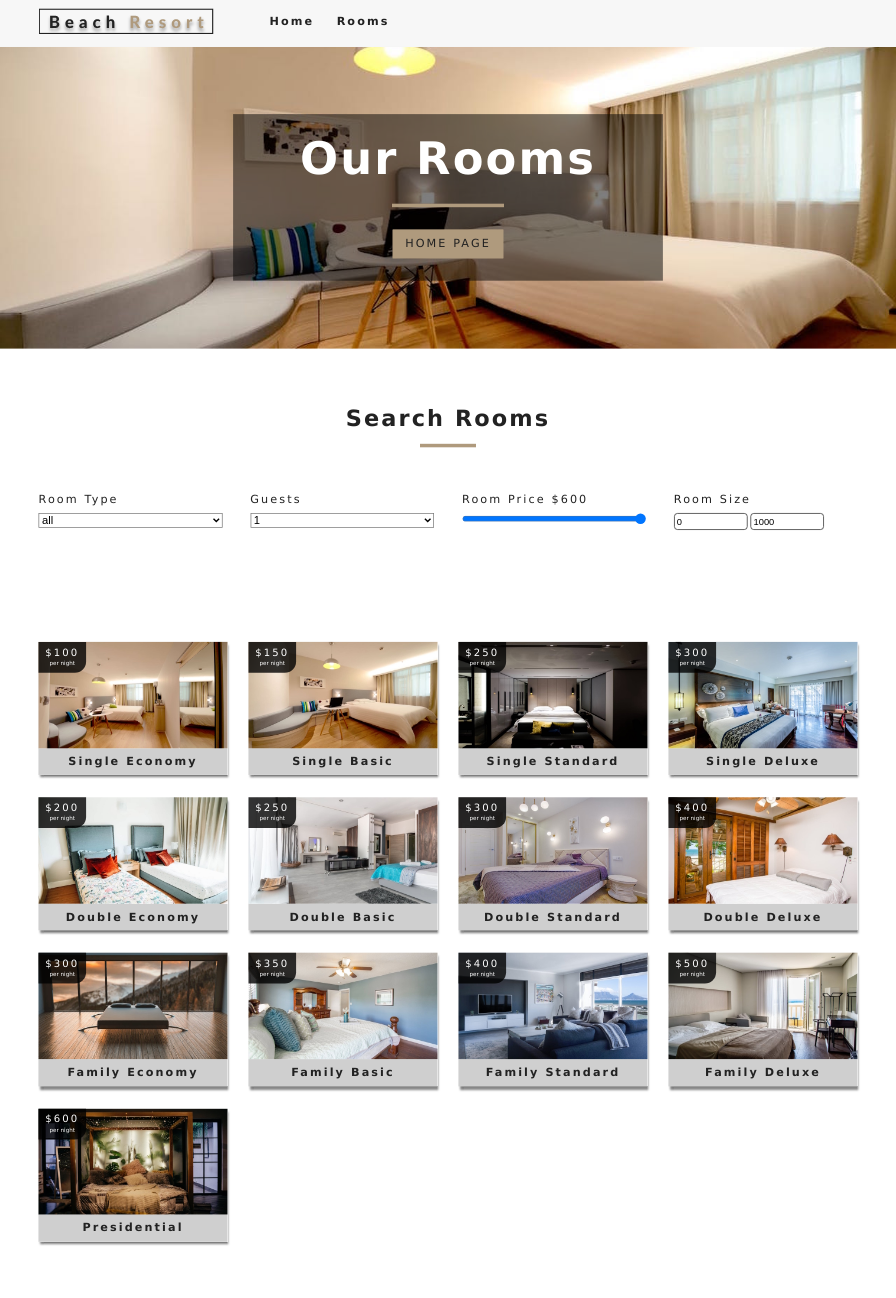
Repository: sanchit01garg/react-beachResort
Page: /rooms
An editor plug-in stored every save of this project. The page is shown before and after the next save, followed by the edit.
The browser window is 1280 px wide. The pictures show the whole page, at 70% of full size.
The project was rebuilt for these pictures with package versions that can differ from the ones it lists, and the page was loaded fresh each time. Also part of the build but not shown: src/components/Services.js, src/components/FeaturedRooms.js, src/pages/Home.js, src/pages/Error.js, src/components/StyledHero.js, src/pages/SingleRoom.js.

Above is the page before, as saved 2021-01-08 21:11:46.

### src/index.js
import React from "react";
import ReactDOM from "react-dom";
// import './index.css';
import { BrowserRouter as Router } from "react-router-dom";
import App from "./App";
import reportWebVitals from "./reportWebVitals";
import { RoomProvider } from "./Context";

ReactDOM.render(
  <RoomProvider>
    <Router>
      <App />
    </Router>
  </RoomProvider>,
  document.getElementById("root")
);

// If you want to start measuring performance in your app, pass a function
// to log results (for example: reportWebVitals(console.log))
// or send to an analytics endpoint. Learn more: https://bit.ly/CRA-vitals
reportWebVitals();

### src/App.js
import React from "react";
import "./App.css";
import { Route, Switch } from "react-router-dom";
import Home from "./pages/Home";
import Error from "./pages/Error";
import Rooms from "./pages/Rooms";
import SingleRoom from "./pages/SingleRoom";

import Navbar from "./components/Navbar";

function App() {
  return (
    <>
      <Navbar />
      <Switch>
        <Route exact path="/" component={Home} />
        <Route exact path="/rooms/" component={Rooms} />
        <Route exact path="/rooms/:slug" component={SingleRoom} />
        <Route component={Error} />
      </Switch>
    </>
  );
}

export default App;

### src/Context.js
import React, { Component } from "react";
import items from "./data";

const RoomContext = React.createContext();

class RoomProvider extends Component {
  state = {
    rooms: [],
    sortedRooms: [],
    featuredRooms: [],
    loading: true,
    type: "all",
    capacity: 1,
    price: 0,
    minPrice: 0,
    maxPrice: 0,
    minSize: 0,
    maxSize: 0,
    breakfast: false,
    pets: false,
  };

  componentDidMount() {
    let rooms = this.formatData(items);
    let featuredRooms = rooms.filter((room) => room.featured === true);
    let maxPrice = Math.max(...rooms.map((item) => item.price));
    let maxSize = Math.max(...rooms.map((item) => item.size));
    this.setState({
      rooms,
      featuredRooms,
      sortedRooms: rooms,
      loading: false,
      price: maxPrice,
      maxPrice,
      maxSize,
    });
  }

  formatData(items) {
    let tempItems = items.map((item) => {
      let id = item.sys.id;
      let images = item.fields.images.map((image) => image.fields.file.url);

      let room = { ...item.fields, images, id };
      return room;
    });
    return tempItems;
  }

  getRoom = (slug) => {
    let tempRooms = [...this.state.rooms];
    const room = tempRooms.find((room) => room.slug === slug);
    return room;
  };

  handleChange = (event) => {
    const target = event.target;
    const value = target.type === "checkbox" ? target.checked : target.value;
    const name = target.name;
    this.setState(
      {
        [name]: value,
      },
      this.filterRooms
    );
  };

  filterRooms = () => {
    let {
      rooms,
      type,
      capacity,
      price,
      minSize,
      maxSize,
      breakfast,
      pets,
    } = this.state;

    let tempRooms = [...rooms];
    capacity = parseInt(capacity);
    price = parseInt(price);

    if (type !== "all") {
      tempRooms = tempRooms.filter((room) => room.type === type);
    }

    if (capacity !== 1) {
      tempRooms = tempRooms.filter((room) => room.capacity >= capacity);
    }

    tempRooms = tempRooms.filter((room) => room.price <= price);

    this.setState({
      sortedRooms: tempRooms,
    });
  };

  render() {
    return (
      <RoomContext.Provider
        value={{
          ...this.state,
          getRoom: this.getRoom,
          handleChange: this.handleChange,
        }}
      >
        {this.props.children}
      </RoomContext.Provider>
    );
  }
}

const RoomConsumer = RoomContext.Consumer;

export function withRoomConsumer(Component) {
  return function ConsumerWrapper(props) {
    return (
      <RoomConsumer>
        {(value) => <Component {...props} context={value} />}
      </RoomConsumer>
    );
  };
}

export { RoomProvider, RoomConsumer, RoomContext };

### src/App.css
* {
  margin: 0;
  padding: 0;
  box-sizing: border-box;
}
:root {
  --primaryColor: #af9a7d;
  --mainWhite: #fff;
  --offWhite: #f7f7f7;
  --mainBlack: #222;
  --mainGrey: #ececec;
  --darkGrey: #cfcfcf;
  --mainTransition: all 0.3s linear;
  --mainSpacing: 3px;
  --lightShadow: 2px 5px 3px 0px rgba(0, 0, 0, 0.5);
  --darkShadow: 4px 10px 5px 0px rgba(0, 0, 0, 0.5);
}
/* globals */
body {
  padding-top: 66px;
  color: var(--mainBlack);
  background: var(--mainWhite);
  font-family: Verdana, Geneva, Tahoma, sans-serif;
  line-height: 1.4;
}
h1 {
  font-size: 3em;
  line-height: 1;
  margin-bottom: 0.5em;
}
h2 {
  font-size: 2em;
  margin-bottom: 0.75em;
}
h3 {
  font-size: 1.5em;
  line-height: 1;
  margin-bottom: 1em;
}
h4 {
  font-size: 1.2em;
  line-height: 1.25;
  margin-bottom: 1.25em;
}
h5 {
  font-size: 1em;
  font-weight: bold;
  margin-bottom: 1.5em;
}
h6 {
  font-size: 1em;
  font-weight: bold;
  margin-bottom: 1.5em;
}

.btn-primary {
  display: inline-block;
  text-decoration: none;
  letter-spacing: var(--mainSpacing);
  color: var(--mainBlack);
  background: var(--primaryColor);
  padding: 0.4rem 0.9rem;
  border: 3px solid var(--primaryColor);
  transition: var(--mainTransition);
  text-transform: uppercase;
  cursor: pointer;
}
.btn-primary:hover {
  background: transparent;
  color: var(--primaryColor);
}
.loading {
  text-transform: capitalize;
  text-align: center;
  margin-top: 3rem;
}
.error {
  text-align: center;
  text-transform: uppercase;
  margin: 2rem 0;
}
.empty-search {
  text-align: center;
  text-transform: capitalize;
  margin: 2rem 0;
  padding: 1rem;
  letter-spacing: var(--mainSpacing);
}
/* end of globals */
/* Navbar */
.navbar {
  position: fixed;
  top: 0;
  left: 0;
  width: 100%;
  padding: 0.75rem 2rem;
  background: var(--offWhite);
  z-index: 1;
}
.nav-header {
  display: flex;
  justify-content: space-between;
}
.nav-btn {
  background: transparent;
  border: none;
  cursor: pointer;
  outline: none;
}
.nav-icon {
  font-size: 1.5rem;
  color: var(--primaryColor);
}
.nav-links {
  height: 0;
  overflow: hidden;
  transition: var(--mainTransition);
  list-style-type: none;
}
.nav-links a {
  display: block;
  text-decoration: none;
  padding: 1rem 0;
  color: var(--mainBlack);
  transition: var(--mainTransition);
  text-align: center;
  font-size: 1rem;
  font-weight: 600;
  letter-spacing: var(--mainSpacing);
}
.nav-links a:hover {
  color: var(--primaryColor);
}

.show-nav {
  height: 100px;
}
@media screen and (min-width: 768px) {
  .nav-btn {
    display: none;
  }
  .nav-center {
    max-width: 1170px;
    margin: 0 auto;
    display: flex;
  }
  .nav-links {
    height: auto;
    display: flex;
    margin-left: 4rem;
  }
  .nav-links a {
    margin: 0 1rem;
    padding: 0.5rem 0;
  }
}
/* end of navbar */
/* Hero */
.defaultHero,
.roomsHero {
  min-height: calc(100vh - 66px);
  background: url("./images/defaultBcg.jpeg") center/cover no-repeat;
  display: flex;
  align-items: center;
  justify-content: center;
}
.roomsHero {
  background-image: url("./images/room-2.jpeg");
  min-height: 60vh;
}
/* End of Hero */
/* Banner */
.banner {
  display: inline-block;
  background: rgba(0, 0, 0, 0.5);
  color: var(--mainWhite);
  padding: 2rem 1rem;
  text-align: center;
  text-transform: capitalize;
  letter-spacing: var(--mainSpacing);
}
.banner h1 {
  font-size: 2.5rem;
}
.banner div {
  width: 10rem;
  height: 5px;
  background: var(--primaryColor);
  margin: 1.7rem auto;
}
.banner p {
  font-size: 1.2rem;
  margin-bottom: 2rem;
}
@media screen and (min-width: 576px) {
  .banner {
    padding: 2rem 3rem;
  }
  .banner h1 {
    font-size: 3rem;
  }
}
@media screen and (min-width: 992px) {
  .banner {
    padding: 2rem 6rem;
  }
  .banner h1 {
    font-size: 4rem;
  }
}
/* End of Banner */
/* Title */
.section-title {
  text-align: center;
  margin-bottom: 4rem;
}
.section-title h4 {
  font-size: 2rem;
  letter-spacing: var(--mainSpacing);
  text-transform: capitalize;
  margin-bottom: 1rem;
}
.section-title div {
  width: 5rem;
  height: 5px;
  margin: 0 auto;
  background: var(--primaryColor);
}
/* end of Title */

/* services */
.services {
  padding: 5rem 0;
}
.services {
  background: var(--darkGrey);
  text-align: center;
}
.services-center {
  width: 90vw;
  margin: 0 auto;
  display: grid;
  grid-template-columns: repeat(auto-fit, minmax(255px, 1fr));
  grid-row-gap: 2rem;
  grid-column-gap: 50px;
}
.service span {
  display: inline-block;
  color: var(--primaryColor);
  font-size: 2.5rem;
  margin-bottom: 1.5rem;
}
.services h6 {
  letter-spacing: var(--mainSpacing);
}
.services p {
  width: 80%;
  margin: 0 auto;
}
@media screen and (min-width: 992px) {
  .services-center {
    width: 95vw;
    max-width: 1170px;
  }
}

@media screen and (min-width: 1200px) {
  .services p {
    width: 100%;
  }
}
/*end of services */
/* featured rooms */

.featured-rooms {
  padding: 5rem 0;
}
.featured-rooms-center {
  width: 80vw;
  margin: 0 auto;
  display: grid;
  grid-template-columns: repeat(auto-fit, minmax(270px, 1fr));
  grid-row-gap: 2rem;
  grid-column-gap: 40px;
}
@media screen and (min-width: 776px) {
  .featured-rooms-center {
    width: 90vw;
    grid-template-columns: repeat(auto-fit, minmax(330px, 1fr));
  }
}
@media screen and (min-width: 992px) {
  .featured-rooms-center {
    width: 95vw;
    max-width: 1170px;
  }
}
/* end pf featured rooms */
/* room */
.room {
  box-shadow: var(--lightShadow);
  transition: var(--mainTransition);
}
.room:hover {
  box-shadow: var(--darkShadow);
}

.img-container {
  position: relative;
}
.img-container img {
  width: 100%;
  display: block;
  transition: var(--mainTransition);
}
.price-top {
  position: absolute;
  top: 0;
  left: 0;
  background: rgba(0, 0, 0, 0.8);
  color: var(--mainWhite);
  padding: 0.3rem 0.6rem 0.5rem;
  border-bottom-right-radius: 1rem;
  font-size: 0.5rem;
  text-align: center;
  transition: var(--mainTransition);
}
.price-top h6 {
  margin-bottom: 0;
  font-size: 0.9rem;
  font-weight: 300;
  letter-spacing: var(--mainSpacing);
}
.room-link {
  position: absolute;
  top: 50%;
  left: 50%;
  transform: scale(0);
  transition: all 0.3s linear;
}
.img-container:hover {
  background: rgba(0, 0, 0, 0.8);
}
.img-container:hover img {
  opacity: 0.3;
}
.img-container:hover .price-top {
  opacity: 0;
}
.img-container:hover .room-link {
  transform: translate(-50%, -50%) scale(1);
}
.room-info {
  background: var(--darkGrey);
  text-transform: capitalize;
  padding: 0.5rem 0;
  text-align: center;
  font-weight: 700;
  letter-spacing: var(--mainSpacing);
}
/* end of room  */
/* single room*/

.single-room {
  padding: 5rem 0 0 0;
}
.single-room-images {
  width: 80vw;
  margin: 0 auto;
  display: grid;
  grid-template-columns: repeat(auto-fit, minmax(350px, 1fr));
  grid-row-gap: 2rem;
  grid-column-gap: 70px;
}
.single-room-images img {
  width: 100%;
  display: block;
}
.single-room-info {
  width: 80vw;
  display: grid;
  grid-template-columns: 1fr;
  margin: 2rem auto;
}
.desc,
.info {
  margin: 1rem 0;
}
.desc h3 {
  text-transform: capitalize;
  letter-spacing: var(--mainSpacing);
}
.desc p {
  line-height: 1.5;
}
.info h3,
.info h6 {
  text-transform: capitalize;
  letter-spacing: var(--mainSpacing);
}

.info h6 {
  font-weight: 300;
}
.room-extras {
  width: 80vw;
  margin: 0 auto 3rem auto;
}
.room-extras h6 {
  text-transform: capitalize;
  letter-spacing: var(--mainSpacing);
}
.extras {
  list-style-type: none;
  display: grid;
  grid-template-columns: repeat(auto-fit, minmax(330px, 1fr));
  grid-column-gap: 2rem;
  grid-row-gap: 1rem;
}
@media screen and (min-width: 992px) {
  .single-room-images,
  .single-room-info,
  .room-extras {
    width: 95vw;
    max-width: 1170px;
  }
  .single-room-info {
    display: grid;
    grid-template-columns: 1fr 1fr;
    grid-column-gap: 2rem;
  }
  .info {
    padding-left: 3rem;
  }
}
/* end of single room*/
/* roomlist */
.roomslist {
  padding: 5rem 0;
}
.roomslist-center {
  width: 80vw;
  margin: 0 auto;
  display: grid;
  grid-template-columns: repeat(auto-fill, minmax(270px, 1fr));
  grid-row-gap: 2rem;
  grid-column-gap: 30px;
}

@media screen and (min-width: 776px) {
  .roomslist-center {
    width: 90vw;
  }
}
@media screen and (min-width: 992px) {
  .roomslist-center {
    width: 95vw;
    max-width: 1170px;
  }
}
/* end of roomlist */
/*  rooms fitler*/
.filter-container {
  padding: 5rem 0;
}
.filter-form {
  width: 60vw;
  margin: 0 auto;
  display: grid;
  grid-template-columns: repeat(auto-fit, minmax(202px, 1fr));
  grid-row-gap: 2rem;
  grid-column-gap: 40px;
}
.form-group {
  text-transform: capitalize;
}
.form-group label {
  display: block;
  letter-spacing: var(--mainSpacing);
  margin-bottom: 0.5rem;
}
.form-control {
  width: 100%;
  background: transparent;
  font-size: 1rem;
}
.size-inputs {
  display: flex;
}
.size-input {
  width: 40%;
  padding: 0.2rem;
  border: 1px solid var(--mainBlack);
  border-radius: 0.3rem;
  margin-right: 0.3rem;
}
.single-extra label {
  display: inline-block;
  font-size: 0.8rem;
  margin-left: 0.5rem;
}
@media screen and (min-width: 776px) {
  .filter-form {
    width: 70vw;
  }
}
@media screen and (min-width: 992px) {
  .filter-form {
    width: 95vw;
    max-width: 1170px;
  }
}

### src/pages/Rooms.js
import React from "react";
import { Link } from "react-router-dom";
import Hero from "../components/Hero";
import Banner from "../components/Banner";
import RoomsContainer from "../components/RoomsContainer";

export default function Rooms() {
  return (
    <>
      <Hero hero="roomsHero">
        <Banner title="Our Rooms">
          <Link to="/" className="btn-primary">
            Home Page
          </Link>
        </Banner>
      </Hero>
      <RoomsContainer />
    </>
  );
}

### src/components/Navbar.js
import React, { Component } from "react";
import logo from "../images/logo.svg";
import { FaAlignRight } from "react-icons/fa";
import { Link } from "react-router-dom";

export default class Navbar extends Component {
  state = {
    isOpen: false,
  };
  handleToggle = () => {
    this.setState({ isOpen: !this.state.isOpen });
  };
  render() {
    return (
      <nav className="navbar">
        <div className="nav-center">
          <div className="nav-header">
            <Link to="/">
              <img src={logo} alt="Beach Resort" />
            </Link>
            <button
              type="button"
              className="nav-btn"
              onClick={this.handleToggle}
            >
              <FaAlignRight className="nav-icon" />
            </button>
          </div>
          <ul
            className={this.state.isOpen ? "nav-links show-nav" : "nav-links"}
          >
            <li>
              <Link to="/">Home</Link>
            </li>
            <li>
              <Link to="/rooms">Rooms</Link>
            </li>
          </ul>
        </div>
      </nav>
    );
  }
}

### src/components/RoomsContainer.js
import React from "react";
import RoomsFilter from "./RoomsFilter";
import RoomsList from "./RoomsList";
import { withRoomConsumer } from "../Context";
import Loading from "./Loading";

function RoomsContainer({ context }) {
  const { loading, sortedRooms, rooms } = context;
  if (loading) {
    return <Loading />;
  }
  return (
    <>
      <RoomsFilter rooms={rooms} />
      <RoomsList rooms={sortedRooms} />
    </>
  );
}

export default withRoomConsumer(RoomsContainer);

// export default function RoomsContainer() {
//   return (
//     <RoomConsumer>
//       {(value) => {
//         const { loading, sortedRooms, rooms } = value;
//         if (loading) {
//           return <Loading />;
//         }

//         return (
//           <div>
//             Hello
//             <RoomsFilter rooms={rooms} />
//             <RoomsList rooms={sortedRooms} />
//           </div>
//         );
//       }}
//     </RoomConsumer>
//   );
// }

### src/components/Loading.js
import React from "react";
import loadingGif from "../images/gif/loading-arrow.gif";

export default function Loading() {
  return (
    <div className="loading">
      <h4>rooms data loading....</h4>
      <img src={loadingGif} alt="" />
    </div>
  );
}

### src/components/Room.js
import React from "react";
import { Link } from "react-router-dom";
import PropTypes from "prop-types";
import defaultImg from "../images/room-1.jpeg";

export default function Room({ room }) {
  const { name, slug, images, price } = room;

  return (
    <article className="room">
      <div className="img-container">
        <img src={images[0] || defaultImg} alt="single room" />
        <div className="price-top">
          <h6>${price}</h6>
          <p>per night</p>
        </div>
        <Link to={`/rooms/${slug}`} className="btn-primary room-link">
          Features
        </Link>
      </div>
      <p className="room-info">{name}</p>
    </article>
  );
}

Room.propTypes = {
  room: PropTypes.shape({
    name: PropTypes.string.isRequired,
    slug: PropTypes.string.isRequired,
    images: PropTypes.arrayOf(PropTypes.string).isRequired,
    price: PropTypes.number.isRequired,
  }),
};

### src/components/RoomsFilter.js
import React from "react";
import { useContext } from "react";
import { RoomContext } from "../Context";
import Title from "./Title";

const getUnique = (items, value) => {
  return [...new Set(items.map((item) => item[value]))];
};

export default function RoomsFilter({ rooms }) {
  const context = useContext(RoomContext);
  const {
    handleChange,
    type,
    capacity,
    price,
    minPrice,
    maxPrice,
    minSize,
    maxSize,
    breakfast,
    pets,
  } = context;

  let types = getUnique(rooms, "type");
  types = ["all", ...types];
  types = types.map((item, index) => (
    <option key={index} value={item}>
      {item}
    </option>
  ));

  let people = getUnique(rooms, "capacity");
  people = people.map((item, index) => (
    <option key={index} value={item}>
      {item}
    </option>
  ));

  return (
    <section className="filter-container">
      <Title title="search rooms" />
      <form className="filter-form">
        {/* select room type */}
        <div className="form-group">
          <label htmlFor="type">room type</label>
          <select
            name="type"
            id="type"
            onChange={handleChange}
            className="form-control"
            value={type}
          >
            {types}
          </select>
        </div>

        {/* guests type */}
        <div className="form-group">
          <label htmlFor="capacity">Guests</label>
          <select
            name="capacity"
            id="capacity"
            onChange={handleChange}
            className="form-control"
            value={capacity}
          >
            {people}
          </select>
        </div>

        {/* room price */}
        <div className="form-group">
          <label htmlFor="price">room price ${price}</label>
          <input
            type="range"
            name="price"
            min={minPrice}
            max={maxPrice}
            id="price"
            value={price}
            onChange={handleChange}
            className="form-control"
          />
        </div>

        {/* size */}
        <div className="form-group">
          <label htmlFor="size">room size </label>
          <div className="size-inputs">
            <input
              type="number"
              name="minSize"
              value={minSize}
              onChange={handleChange}
              className="size-input"
            />
            <input
              type="number"
              name="maxSize"
              value={maxSize}
              onChange={handleChange}
              className="size-input"
            />
          </div>
        </div>
      </form>
    </section>
  );
}

### src/components/RoomsList.js
import React from "react";
import Room from "./Room";

export default function RoomsList({ rooms }) {
  if (rooms.length === 0) {
    return (
      <div className="empty-search">
        <h3>unfortunately no rooms matched your search parameters</h3>
      </div>
    );
  }
  return (
    <section className="roomslist">
      <div className="roomslist-center">
        {rooms.map((item) => {
          return <Room key={item.id} room={item} />;
        })}
      </div>
    </section>
  );
}

Loaded but not shown: public/index.html (common file); src/reportWebVitals.js (common file); src/components/Hero.js (common file); src/components/Banner.js (common file); src/components/Title.js (common file); src/data.js (760 lines, source omitted)

After the next save:
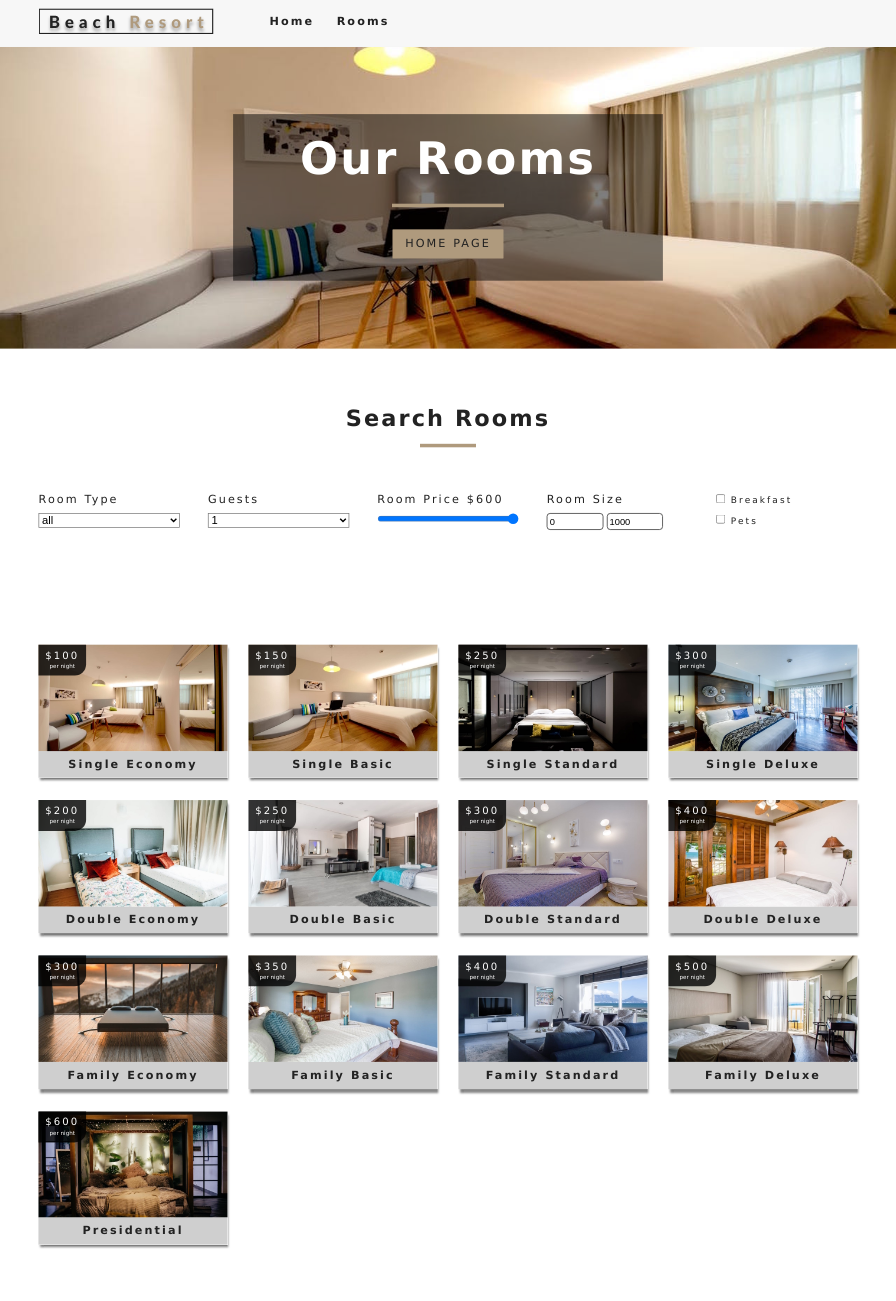
Saved 2 min 21 s later.
--- a/src/components/RoomsFilter.js
+++ b/src/components/RoomsFilter.js
@@ -104,6 +104,29 @@ export default function RoomsFilter({ rooms }) {
             />
           </div>
         </div>
+
+        {/* extras */}
+        <div className="form-group">
+          <div className="single-extra">
+            <input
+              type="checkbox"
+              name="breakfast"
+              id="breakfast"
+              checked={breakfast}
+              onChange={handleChange}
+            />
+            <label htmlFor="breakfast">breakfast</label>
+          </div>
+          <div className="single-extra">
+            <input
+              type="checkbox"
+              name="pets"
+              checked={pets}
+              onChange={handleChange}
+            />
+            <label htmlFor="breakfast">pets</label>
+          </div>
+        </div>
       </form>
     </section>
   );
